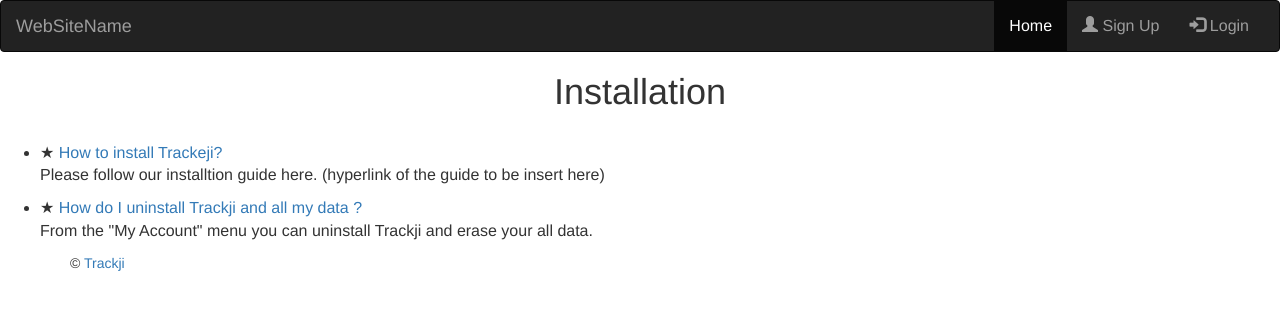
Repository: prathmeshgodbole/Web_Development
Page: Mobile_tracker/Installation.html
These files come from the project's save history. The page is drawn as it stood at one moment and after the next save; the edit follows.
The browser window is 1280 px wide. The pictures show the whole page.

Above is the page before, as saved 2020-03-08 17:58:44.

After the next save:
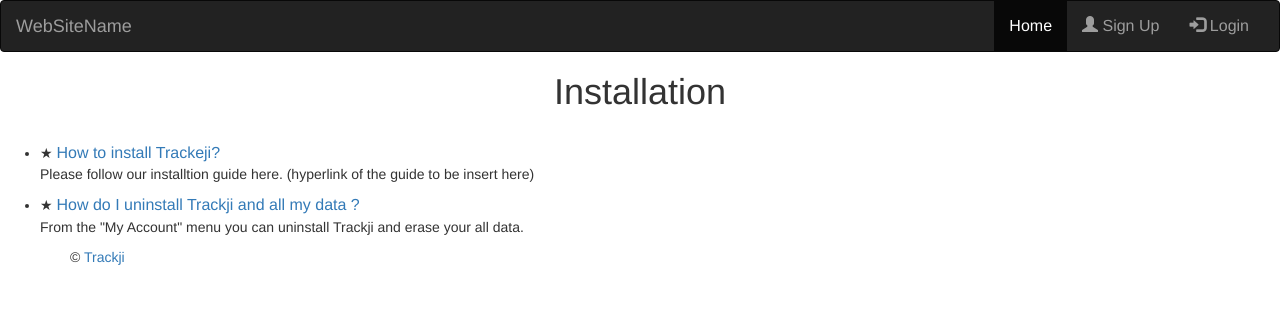
Saved 29 s later.
--- a/Mobile_tracker/css/installation.css
+++ b/Mobile_tracker/css/installation.css
@@ -11,6 +11,6 @@ ul {
     margin-top: 30px;
 }
 
-ul li {
+ul li a {
     font-size: medium;
 }
